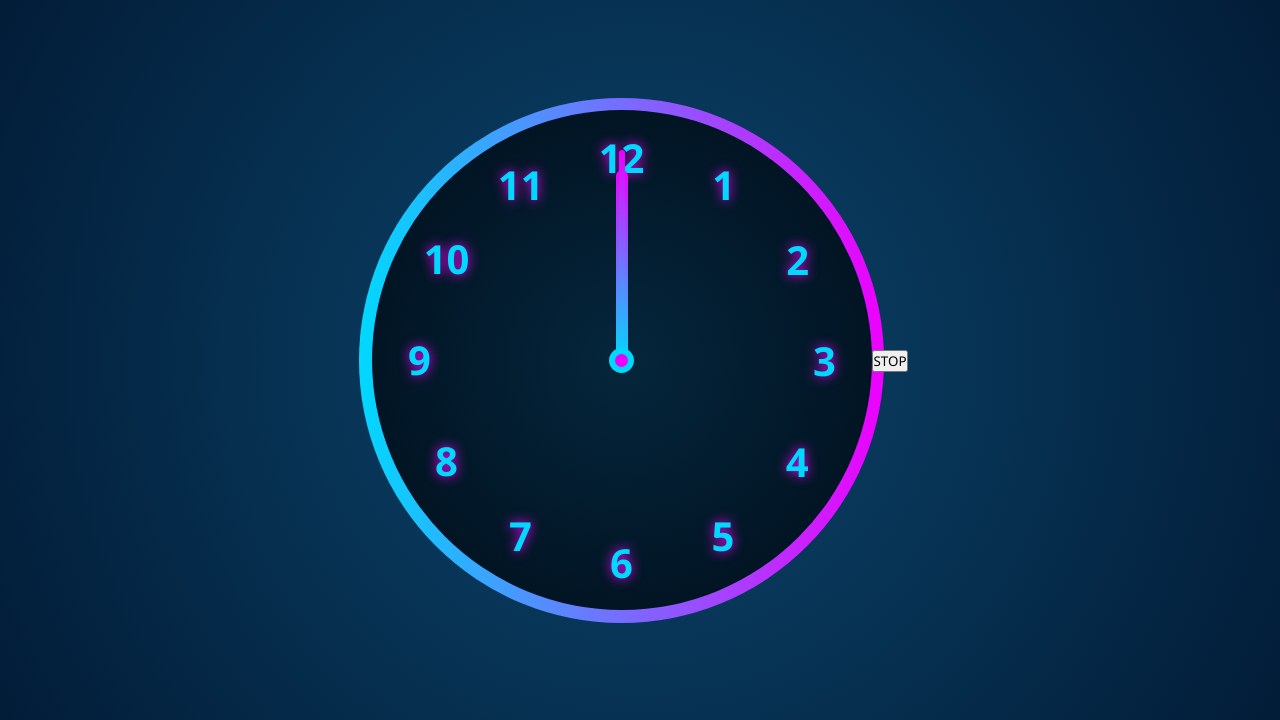
Repository: Suryansh-D/Cool-Clock
Page: index.html
An editor plug-in stored every save of this project. The page is shown before and after the next save, followed by the edit.
The browser window is 1280 px wide. The pictures show the whole page.

Above is the page before, as saved 2024-01-30 16:56:18.
Console error: TypeError: Cannot read properties of null (reading 'addEventListener')

### index.html
<!DOCTYPE html>
<html>
<head>
    <title>Schedule Clock</title>
    <link rel="stylesheet" href="style.css">
</head>
<body>
    <div class="clock">
        <div class="number" style="--n:1"><b>1</b></div>
        <div class="number" style="--n:2"><b>2</b></div>
        <div class="number" style="--n:3"><b>3</b></div>
        <div class="number" style="--n:4"><b>4</b></div>
        <div class="number" style="--n:5"><b>5</b></div>
        <div class="number" style="--n:6"><b>6</b></div>
        <div class="number" style="--n:7"><b>7</b></div>
        <div class="number" style="--n:8"><b>8</b></div>
        <div class="number" style="--n:9"><b>9</b></div>
        <div class="number" style="--n:10"><b>10</b></div>
        <div class="number" style="--n:11"><b>11</b></div>
        <div class="number" style="--n:12"><b>12</b></div>
        <div class="hour-hand" id="hour-hand"></div>
        <div class="minute-hand" id="minute-hand"></div>
        <div class="second-hand" id="second-hand"></div>
        <div class="center-dot"></div>
    </div>
    <div class="button">
        <button id="toggleButton">STOP</button>
      </div>
      </div><script src="script.js"></script>
</body>
</html>

### style.css
*{
    margin: 0;
    padding: 0;
    box-sizing: border-box;
    font-family: 'Segoe UI', Tahoma, Geneva, Verdana, sans-serif;
}

body{
    display: flex;
    justify-content: center;
    align-items: center;
    height: 100vh;
    background: radial-gradient(circle,#0b456b, #021c37)
}
.clock{
    width: 500px;
    height: 500px;
    position: relative;
    background-color: lightgray;
    border-radius: 50%;
    display: flex;
    justify-content: center;
    align-items: center;
    background: radial-gradient(circle,#05263c , #000d1a);
}
.clock::before{
    content: "";
    position: absolute;
    width: 525px;
    height: 525px;
    border-radius: 50%;
    background:linear-gradient(to right, #00d9ff,#ee00ff);
    box-shadow: 0 0 0 15px 15px rgba(0,0,0,0.2);
    z-index: -1;

}
.number{
    transform: rotate(calc(30deg * var(--n)));
    position: absolute;
    text-align: center;
    inset: 20px;
    font-size: 40px;
    color:#00d9ff;
    text-shadow:0 0 12px #ee00ff;
}
.number b{
    transform: rotate(calc(-30deg * var(--n)));
    display: inline-block;
}

.center-dot{
    position: absolute;
    width: 25px;
    height: 25px;
    background-color: #ee00ff;
    border:6px solid #00d9ff;
    border-radius: 50%;
}

.hour-hand, .minute-hand, .second-hand{
    --rotate:0;
    position: absolute;
    left: 50%;
    bottom: 50%;
    transform: translate(-50%) rotate(calc(var(--rotate)*1deg));
    transform-origin: bottom;
    border-radius: 30px 30px 0 0;
}
.hour-hand{
   width:12px;
    height: 130px;
    background:linear-gradient(#00d9ff, #ee00ff );
}
.minute-hand{
    width:12px;
    height: 190px;
    background:linear-gradient(to top, #00d9ff, #ee00ff );
}
.second-hand{
    width: 6px;
    height: 210px;
    background:linear-gradient(to top, #00d9ff, #ee00ff );
}

.start-btn{
    position: absolute;
    bottom: 20px;
    left: 40%;
    transform: translateX(-50%);
    padding: 10px 20px;
    background-color: #00d9ff;
    border: 2px solid #ee00ff;
    border-radius: 5px;
    color: #021c37;
    font-size: 20px;
    font-weight: 500;
    cursor: pointer;
    transition: all 0.3s ease;
}
.stop-btn{
    position: absolute;
    bottom: 20px;
    left: 60%;
    transform: translateX(-50%);
    padding: 10px 20px;
    background-color: #00d9ff;
    border: 2px solid #ee00ff;
    border-radius: 5px;
    color: #021c37;
    font-size: 20px;
    font-weight: 500;
    cursor: pointer;
    transition: all 0.3s ease;
    font-family:'Times New Roman', Times, serif;
}

### script.js
const secondHand = document.getElementById('second-hand');
const minsHand = document.getElementById('minute-hand');
const hourHand = document.getElementById('hour-hand');
const startButton = document.getElementById('start-btn');
const stopButton = document.getElementById('stop-btn');

function stopClockTick(){
    clearInterval(clockTick);
}

stopButton.addEventListener('click', stopClockTick);


startButton.addEventListener('mouseenter', () => {
    startButton.style.backgroundColor = 'lightgreen';
}
);
startButton.addEventListener('mouseleave', () => {
    startButton.style.backgroundColor = 'skyblue'

}
);
stopButton.addEventListener('mouseenter', () => {
    stopButton.style.backgroundColor = 'red';
}
);
stopButton.addEventListener('mouseleave', () => {
    stopButton.style.backgroundColor = 'skyblue';
}
);
startButton.addEventListener('click', () => {
    startButton.style.display = 'none';
    stopButton.style.display = 'inline-block';
    clockTick();
}
);

stopButton.addEventListener('click', () => {
    stopButton.style.display = 'none';
    startButton.style.display = 'inline-block';
}
);
function clockTick(){
    const date = new Date();
    const seconds = date.getSeconds()/60;
    const mins = (seconds + date.getMinutes())/60;
    const hours = (mins + date.getHours())/12;

    rotateClockHand(secondHand, seconds);
    rotateClockHand(minsHand, mins);
    rotateClockHand(hourHand, hours);
}

function rotateClockHand(element, rotation){
    element.style.setProperty('--rotate', rotation * 360);
}

setInterval(clockTick, 1000);

After the next save:
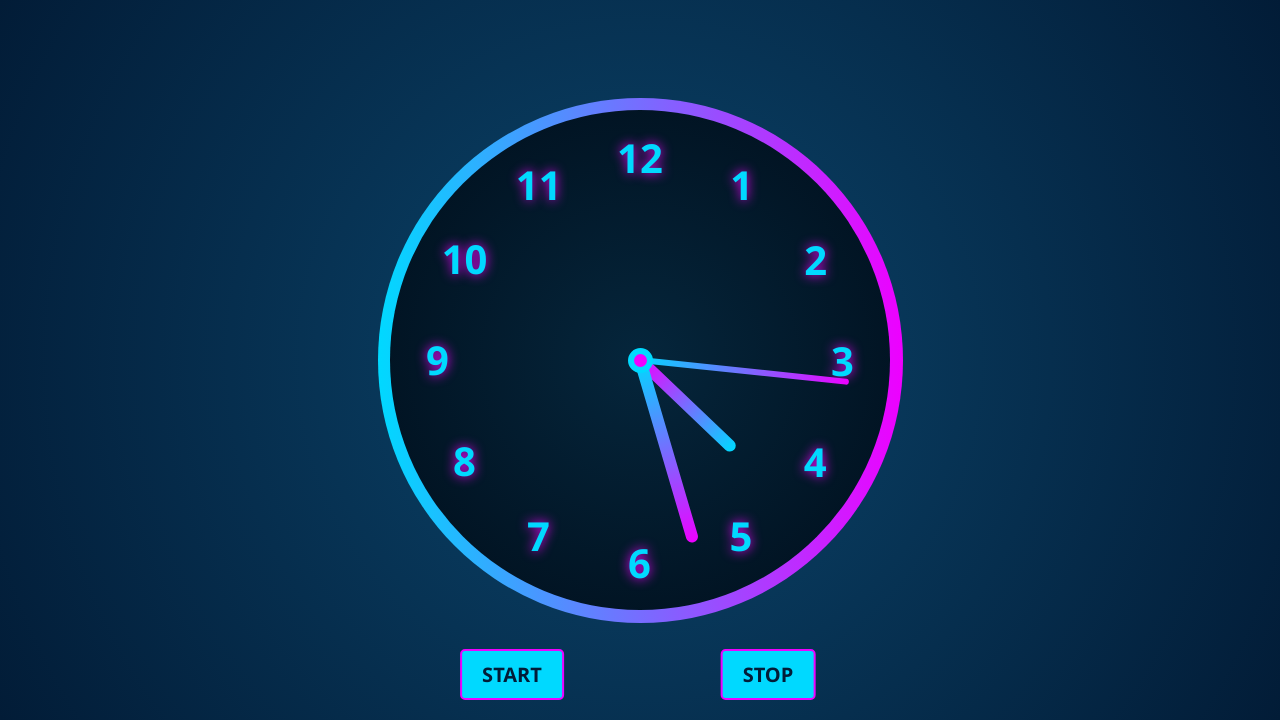
The error is gone.
Saved 17 s later.
--- a/index.html
+++ b/index.html
@@ -23,9 +23,8 @@
         <div class="second-hand" id="second-hand"></div>
         <div class="center-dot"></div>
     </div>
-    <div class="button">
-        <button id="toggleButton">STOP</button>
-      </div>
+    <button class="start-btn" id="start-btn"><b>START</b></button>
+    <button class="stop-btn" id="stop-btn"><b>STOP</b></button>
       </div><script src="script.js"></script>
 </body>
 </html>
